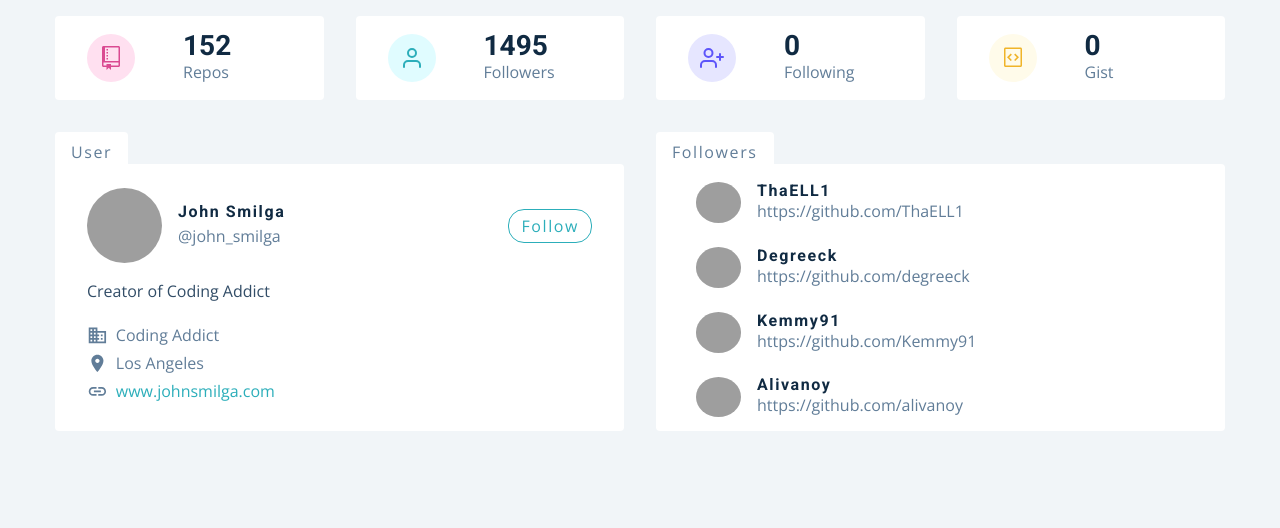
Repository: MateuszWorek/react-search-github-users
Page: /
An editor plug-in stored every save of this project. The page is shown before and after the next save, followed by the edit.
The browser window is 1280 px wide. The pictures show the whole page.
Pictures or frames that could not be fetched are drawn as grey boxes. The project was rebuilt for these pictures with package versions that can differ from the ones it lists, and the page was loaded fresh each time. Also part of the build but not shown: src/components/Charts/ExampleChart.js, src/components/Charts/Column3D.js, src/components/Charts/Bar3D.js, src/components/Charts/Pie3D.js, src/components/Charts/Doughnut2d.js, src/components/Search.js, src/components/Navbar.js, src/pages/Login.js and 3 more.

Above is the page before, as saved 2021-01-26 20:21:45.

### src/App.js
import React from 'react';
import { Dashboard, Login, PrivateRoute, AuthWrapper, Error } from './pages';
import { BrowserRouter as Router, Switch, Route } from 'react-router-dom';

function App() {
  return (
    <Router>
      <Switch>
        <Route path="/" exact={ true }>
          <Dashboard></Dashboard>
        </Route>
        <Route path="/login">
          <Login></Login>
        </Route>
        <Route path="*">
          <Error></Error>
        </Route>
      </Switch>
    </Router>
  );
}

export default App;

### src/context/context.js
import React, { useState, useEffect } from 'react';
import mockUser from './mockData.js/mockUser';
import mockRepos from './mockData.js/mockRepos';
import mockFollowers from './mockData.js/mockFollowers';
import axios from 'axios';

const rootUrl = 'https://api.github.com';

const GithubContext = React.createContext();

// Provider, Consumer - GithubContext.Provider

const GithubProvider = ({ children }) => {
    const [githubUser, setGithubUser] = useState(mockUser);
    const [repos, setRepos] = useState(mockRepos);
    const [followers, setFollowers] = useState(mockFollowers);

    return <GithubContext.Provider value={{ githubUser, repos, followers }}>{ children }</GithubContext.Provider>
};
export { GithubProvider, GithubContext };

### src/context/mockData.js/mockUser.js
export default {
  login: 'john-smilga',
  id: 42133389,
  node_id: 'MDQ6VXNlcjQyMTMzMzg5',
  avatar_url: 'https://avatars3.githubusercontent.com/u/42133389?v=4',
  gravatar_id: '',
  url: 'https://api.github.com/users/john-smilga',
  html_url: 'https://github.com/john-smilga',
  followers_url: 'https://api.github.com/users/john-smilga/followers',
  following_url:
    'https://api.github.com/users/john-smilga/following{/other_user}',
  gists_url: 'https://api.github.com/users/john-smilga/gists{/gist_id}',
  starred_url:
    'https://api.github.com/users/john-smilga/starred{/owner}{/repo}',
  subscriptions_url: 'https://api.github.com/users/john-smilga/subscriptions',
  organizations_url: 'https://api.github.com/users/john-smilga/orgs',
  repos_url: 'https://api.github.com/users/john-smilga/repos',
  events_url: 'https://api.github.com/users/john-smilga/events{/privacy}',
  received_events_url:
    'https://api.github.com/users/john-smilga/received_events',
  type: 'User',
  site_admin: false,
  name: 'John Smilga',
  company: 'Coding Addict',
  blog: 'www.johnsmilga.com',
  location: 'Los Angeles',
  email: null,
  hireable: null,
  bio: 'Creator of Coding Addict',
  twitter_username: 'john_smilga',
  public_repos: 152,
  public_gists: 0,
  followers: 1495,
  following: 0,
  created_at: '2018-08-06T06:48:23Z',
  updated_at: '2020-07-08T05:01:32Z',
};

### src/pages/Dashboard.js
import React from 'react';
import { Info, Repos, User, Search, Navbar } from '../components';
import loadingImage from '../images/preloader.gif';
import { GithubContext } from '../context/context';
const Dashboard = () => {
  return (
    <main>
      {/* <Navbar></Navbar> */}
      {/* <Search></Search> */}
      <Info></Info>
      <User></User>
      {/* <Repos></Repos> */}
    </main>
  );
};

export default Dashboard;

### src/components/Info.js
import React from 'react';
import { GithubContext } from '../context/context';
import styled from 'styled-components';
import { GoRepo, GoGist } from 'react-icons/go';
import { FiUser, FiUserPlus } from 'react-icons/fi';

const UserInfo = () => {
  const { githubUser } = React.useContext(GithubContext);
  const { public_repos, followers, following, public_gists} = githubUser;
  const items = [
    {
      id: 1,
      icon: <GoRepo className="icon" />,
      label: 'repos',
      value: public_repos,
      color: 'pink'
    },
    {
      id: 2,
      icon: <FiUser className="icon" />,
      label: 'followers',
      value: followers,
      color: 'green'
    },
    {
      id: 3,
      icon: <FiUserPlus className="icon" />,
      label: 'following',
      value: following,
      color: 'purple'
    },
    {
      id: 4,
      icon: <GoGist className="icon" />,
      label: 'gist',
      value: public_gists,
      color: 'yellow'
    },
  ];

  return (
    <section className="section">
      <Wrapper className="section-center">
        { items.map((item) => {
          return <Item key={ item.id } { ...item }></Item>
        }) }
      </Wrapper>
    </section>
  )
};

const Item = ({ icon, label, value, color }) => {
  return (
    <article className="item">
      <span className={ color }>{ icon }</span>
      <div>
        <h3>{ value }</h3>
        <p>{ label }</p>
      </div>
    </article>
  )
};

const Wrapper = styled.section`
  display: grid;
  grid-template-columns: repeat(auto-fill, minmax(200px, 1fr));
  gap: 1rem 2rem;
  @media (min-width: 640px) {
    grid-template-columns: repeat(auto-fill, minmax(260px, 1fr));
  }
  .item {
    border-radius: var(--radius);
    padding: 1rem 2rem;
    background: var(--clr-white);
    display: grid;
    grid-template-columns: auto 1fr;
    column-gap: 3rem;
    align-items: center;
    span {
      width: 3rem;
      height: 3rem;
      display: grid;
      place-items: center;
      border-radius: 50%;
    }
    .icon {
      font-size: 1.5rem;
    }
    h3 {
      margin-bottom: 0;
      letter-spacing: 0;
    }
    p {
      margin-bottom: 0;
      text-transform: capitalize;
    }
    .pink {
      background: #ffe0f0;
      color: #da4a91;
    }
    .green {
      background: var(--clr-primary-10);
      color: var(--clr-primary-5);
    }
    .purple {
      background: #e6e6ff;
      color: #5d55fa;
    }
    .yellow {
      background: #fffbea;
      color: #f0b429;
    }
  }
`;

export default UserInfo;

### src/components/User.js
import React from 'react';
import styled from 'styled-components';
import Card from './Card';
import Followers from './Followers';
const User = () => {
  return (
    <section className="section">
      <Wrapper className="section-center">
        <Card></Card>
        <Followers></Followers>
      </Wrapper>
    </section>
  );
};

const Wrapper = styled.div`
  padding-top: 2rem;
  display: grid;
  gap: 3rem 2rem;
  @media (min-width: 992px) {
    grid-template-columns: 1fr 1fr;
  }
  /* align-items: start; */
`;

export default User;

### src/components/Card.js
import React from 'react';
import { GithubContext } from '../context/context';
import styled from 'styled-components';
import { MdBusiness, MdLocationOn, MdLink } from 'react-icons/md';
const Card = () => {
  const { githubUser } = React.useContext(GithubContext);
  const { avatar_url, html_url, name, company, blog, bio, location, twitter_username } = githubUser;
  return (
    <Wrapper>
      <header>
        <img src={ avatar_url} alt={ name }/>
        <div>
          <h4>{ name }</h4>
          <p>@{ twitter_username || 'john doe'}</p>
        </div>
        <a href={ html_url }>follow</a>
      </header>
      <p className="bio">{ bio }</p>
      <div className="links">
        <p><MdBusiness></MdBusiness>{ company }</p>
        <p><MdLocationOn></MdLocationOn>{ location || 'earth' }</p>
        <a href={ `https://${ blog }`}><MdLink></MdLink> { blog }</a>
      </div>
    </Wrapper>
  );
};
const Wrapper = styled.article`
  background: var(--clr-white);
  padding: 1.5rem 2rem;
  border-top-right-radius: var(--radius);
  border-bottom-left-radius: var(--radius);
  border-bottom-right-radius: var(--radius);
  position: relative;
  &::before {
    content: 'user';
    position: absolute;
    top: 0;
    left: 0;
    transform: translateY(-100%);
    background: var(--clr-white);
    color: var(--clr-grey-5);
    border-top-right-radius: var(--radius);
    border-top-left-radius: var(--radius);
    text-transform: capitalize;
    padding: 0.5rem 1rem 0 1rem;
    letter-spacing: var(--spacing);
    font-size: 1rem;
  }
  header {
    display: grid;
    grid-template-columns: auto 1fr auto;
    align-items: center;
    column-gap: 1rem;
    margin-bottom: 1rem;
    img {
      width: 75px;
      height: 75px;
      border-radius: 50%;
    }
    h4 {
      margin-bottom: 0.25rem;
    }
    p {
      margin-bottom: 0;
    }
    a {
      color: var(--clr-primary-5);
      border: 1px solid var(--clr-primary-5);
      padding: 0.25rem 0.75rem;
      border-radius: 1rem;
      text-transform: capitalize;
      letter-spacing: var(--spacing);
      transition: var(--transition);
      cursor: pointer;
      &:hover {
        background: var(--clr-primary-5);
        color: var(--clr-white);
      }
    }
  }
  .bio {
    color: var(--clr-grey-3);
  }
  .links {
    p,
    a {
      margin-bottom: 0.25rem;
      display: flex;
      align-items: center;
      svg {
        margin-right: 0.5rem;
        font-size: 1.3rem;
      }
    }
    a {
      color: var(--clr-primary-5);
      transition: var(--transition);
      svg {
        color: var(--clr-grey-5);
      }
      &:hover {
        color: var(--clr-primary-3);
      }
    }
  }
`;
export default Card;

### src/components/Followers.js
import React from 'react';
import { GithubContext } from '../context/context';
import styled from 'styled-components';

const Followers = () => {
  const { followers } = React.useContext(GithubContext);
  // console.log(followers);

  return (
    <Wrapper>
      <div className="followers">
        { followers.map((follower, index) => {
          const { avatar_url: img, html_url, login } = follower;
          return (
            <article key={ index }>
              <img src={ img } alt={ login } />
              <div>
                <h4>{ login }</h4>
                <a href={ html_url }>{ html_url }</a>
              </div>
            </article>
          )
        })}
      </div>
    </Wrapper>
  );
};

const Wrapper = styled.article`
  background: var(--clr-white);
  border-top-right-radius: var(--radius);
  border-bottom-left-radius: var(--radius);
  border-bottom-right-radius: var(--radius);
  position: relative;

  &::before {
    content: ' followers';
    position: absolute;
    top: 0;
    left: 0;
    transform: translateY(-100%);
    background: var(--clr-white);
    color: var(--clr-grey-5);
    border-top-right-radius: var(--radius);
    border-top-left-radius: var(--radius);
    text-transform: capitalize;
    padding: 0.5rem 1rem 0 1rem;
    letter-spacing: var(--spacing);
    font-size: 1rem;
  }
  .followers {
    overflow: scroll;
    height: 260px;
    display: grid;
    grid-template-rows: repeat(auto-fill, minmax(45px, 1fr));
    gap: 1.25rem 1rem;
    padding: 1rem 2rem;
  }
  article {
    transition: var(--transition);
    padding: 0.15rem 0.5rem;
    border-radius: var(--radius);
    display: grid;
    grid-template-columns: auto 1fr;
    align-items: center;
    column-gap: 1rem;
    img {
      height: 100%;
      width: 45px;
      border-radius: 50%;
      object-fit: cover;
    }
    h4 {
      margin-bottom: 0;
    }
    a {
      color: var(--clr-grey-5);
    }
  }
`;
export default Followers;

Loaded but not shown: public/index.html (common file); src/index.js (common file); src/index.css (common file); src/serviceWorker.js (common file); src/pages/index.js (common file); src/context/mockData.js/mockRepos.js (library); src/components/index.js (common file); src/components/Repos.js (common file); src/components/Charts/index.js (common file); src/context/mockData.js/mockFollowers.js (676 lines, source omitted)

After the next save:
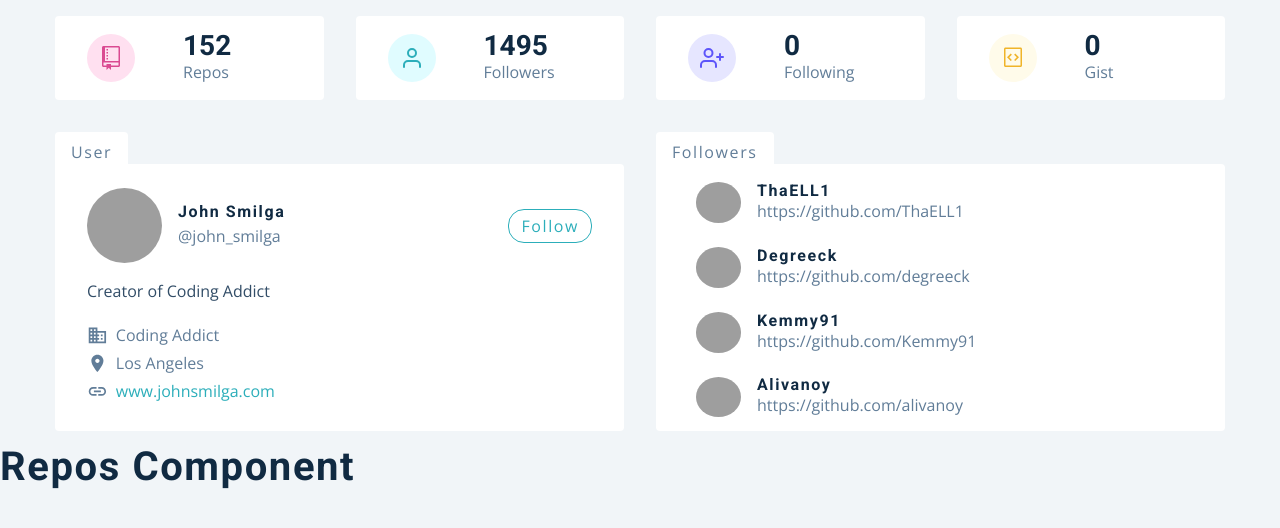
Saved 42 min 5 s later.
--- a/src/pages/Dashboard.js
+++ b/src/pages/Dashboard.js
@@ -9,7 +9,7 @@ const Dashboard = () => {
       {/* <Search></Search> */}
       <Info></Info>
       <User></User>
-      {/* <Repos></Repos> */}
+      <Repos></Repos>
     </main>
   );
 };
